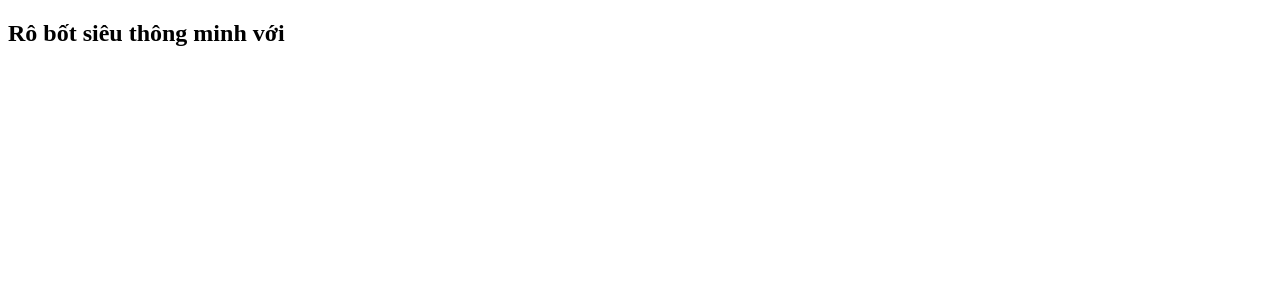
Repository: dovanthao2404/BC14_BaiTap_JS_Buoi_4_dovanthao
Page: html/bai2.html
These files come from the project's save history. The page is drawn as it stood at one moment and after the next save; the edit follows.
The browser window is 1280 px wide. The pictures show the whole page.

Above is the page before, as saved 2021-07-02 23:37:24.

### html/bai2.html
<!DOCTYPE html>
<html lang="en">

<head>
  <meta charset="UTF-8">
  <meta http-equiv="X-UA-Compatible" content="IE=edge">
  <meta name="viewport" content="width=device-width, initial-scale=1.0">
  <title>Document</title>
</head>

<body>
  <div class="container">
    <div class="w-50 mx-auto">
      <h2>Rô bốt siêu thông minh với </h2>
    </div>
  </div>
</body>

</html>

After the next save:
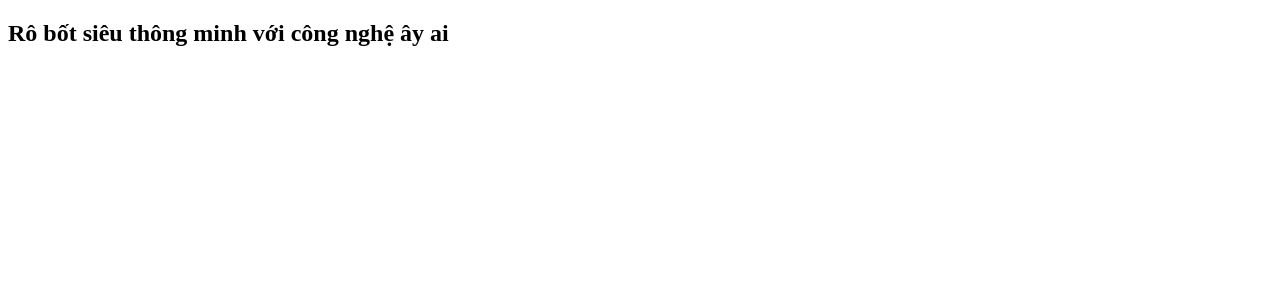
Saved 19 s later.
--- a/html/bai2.html
+++ b/html/bai2.html
@@ -11,7 +11,8 @@
 <body>
   <div class="container">
     <div class="w-50 mx-auto">
-      <h2>Rô bốt siêu thông minh với </h2>
+      <h2>Rô bốt siêu thông minh với công nghệ ây ai</h2>
+
     </div>
   </div>
 </body>
